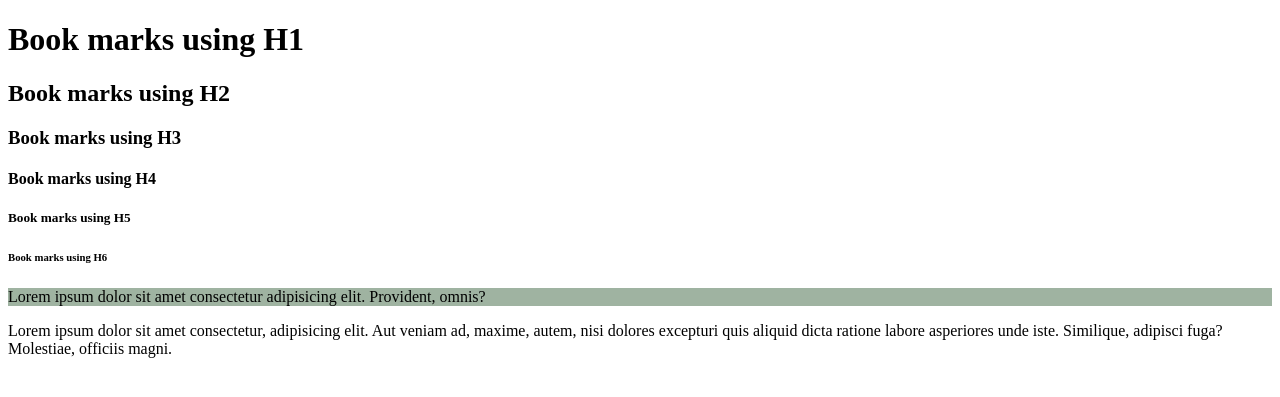
Repository: Mohan2347/Project-2
Page: 2.html
An editor plug-in stored every save of this project. The page is shown before and after a run of saves, followed by the edit.
The browser window is 1280 px wide. The pictures show the whole page.

Above is the page before, as saved 2024-11-02 20:41:31.

After the next 2 saves:
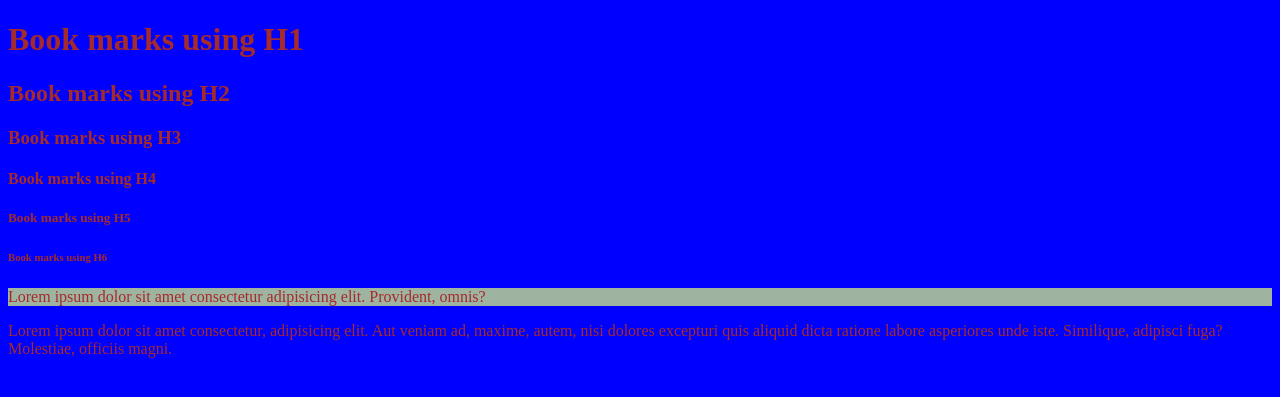
The 2 saves are shown as one change because they came seconds apart.
The last was saved 14 s later.
--- a/2.html
+++ b/2.html
@@ -4,7 +4,7 @@
     <meta charset="UTF-8">
     <meta name="viewport" content="width=device-width, initial-scale=1.0">
     <title>MyBookmarks-Mohan</title>
-    <link rel="stylesheet" href="">
+    <link rel="stylesheet" href="1.css">
 </head>
 <body>
     <h1>Book marks using H1</h1>
